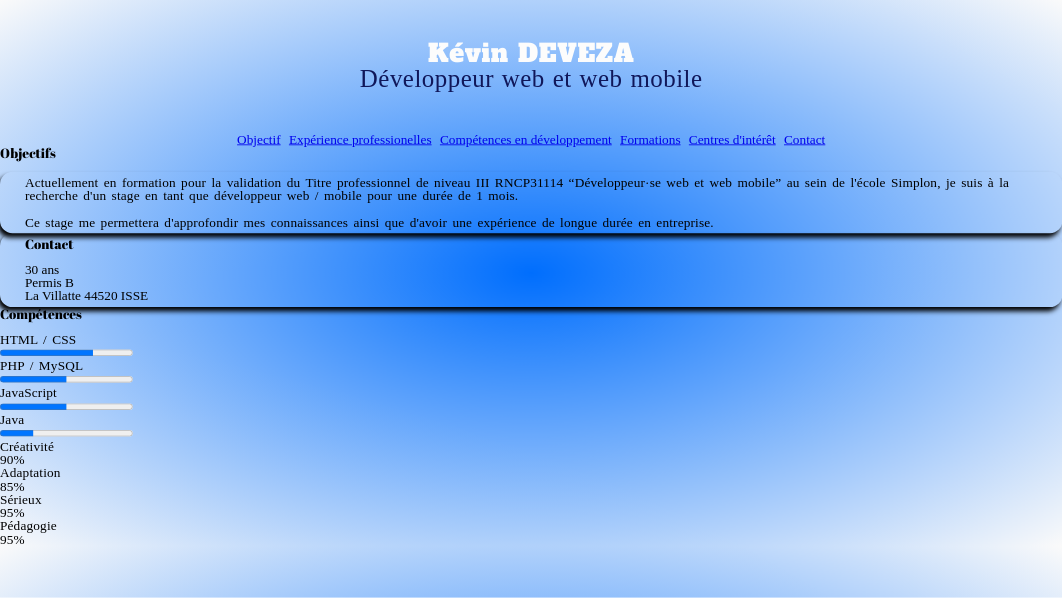
Repository: KevinDvZ/kevindvz.github.io
Page: index.html
These files come from the project's save history. The page is drawn as it stood at one moment and after the next save; the edit follows.
The browser window is 1280 px wide. The pictures show the whole page, at 83% of full size.

Above is the page before, as saved 2020-10-28 08:49:49.

After the next save:
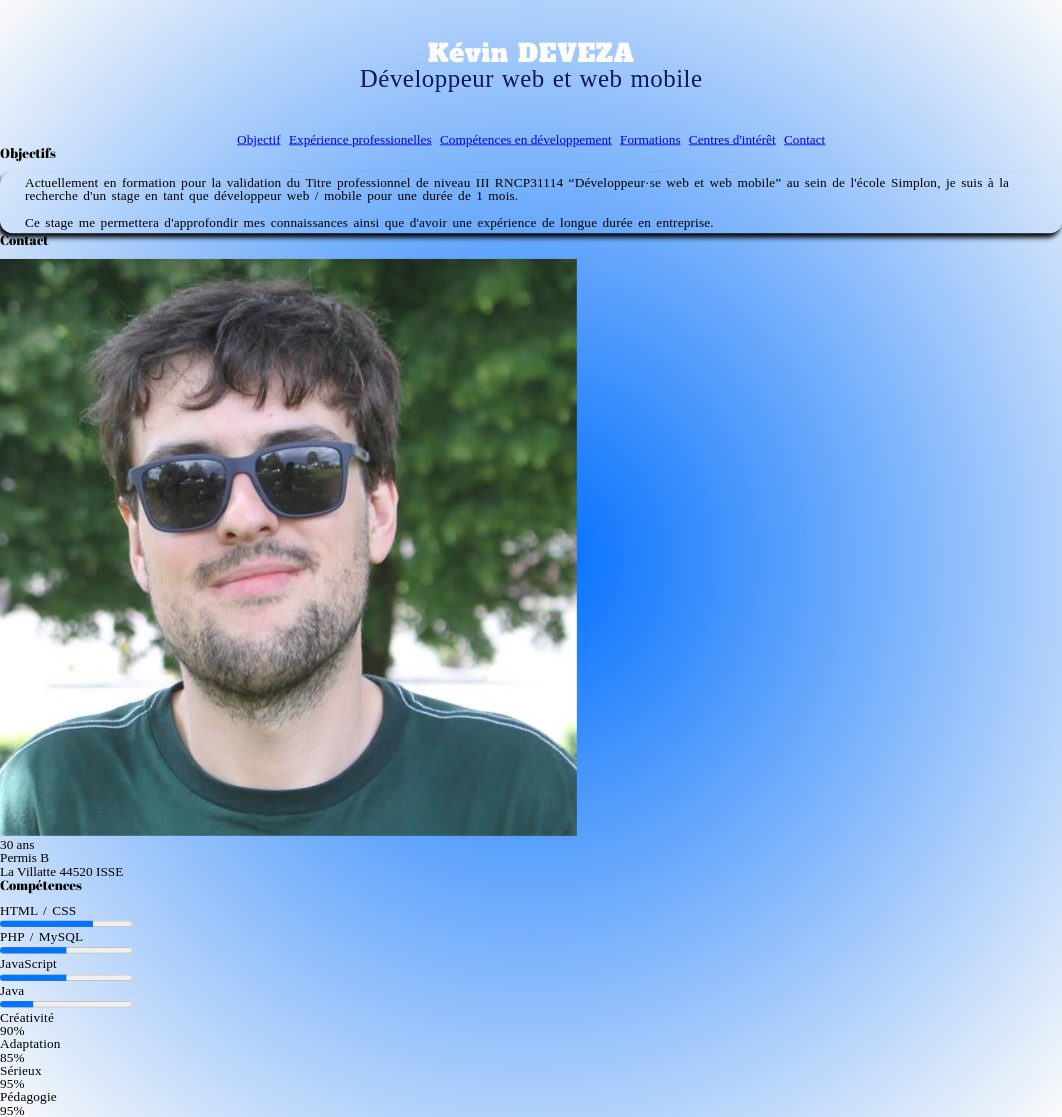
Saved 90 s later.
--- a/index.html
+++ b/index.html
@@ -38,8 +38,9 @@
         <br>
     <p>Ce stage me permettera d'approfondir mes connaissances ainsi que d'avoir une expérience de longue durée en entreprise.</p>
 </div>
-<div class="cadre" id="cadre-contact">
+<div id="cadre-contact">
       <h2 class="entete">Contact</h2>
+      <img src="assets/img/solaire_cv.jpg" alt="" class="img">
         <h3>30 ans</h3>
         <h3>Permis B</h3>
         <address>La Villatte 44520 ISSE</address>
